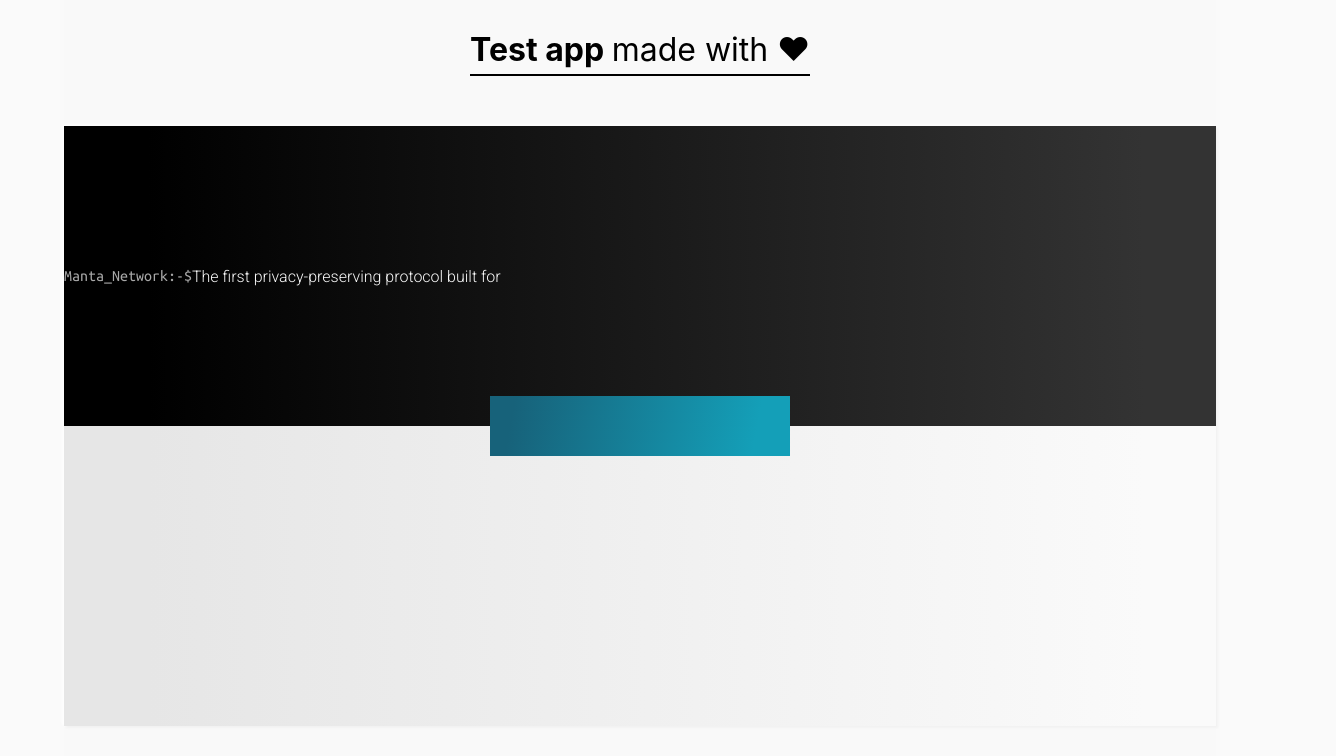
Repository: Khattak01/test-app
Page: /
The author's editor kept a copy of each file at every save. The page is drawn from the files as they stood at one save, then again after the next save.
The browser window is 1280 px wide. The page is 1280 px wide, then 1336 px, so the pictures cover 1336 px, including what lies to the right of the window. The pictures show the whole page.
The project was rebuilt for these pictures with package versions that can differ from the ones it lists, and the page was loaded fresh each time.

Above is the page before, as saved 2021-05-12 08:17:29.

After the next save:
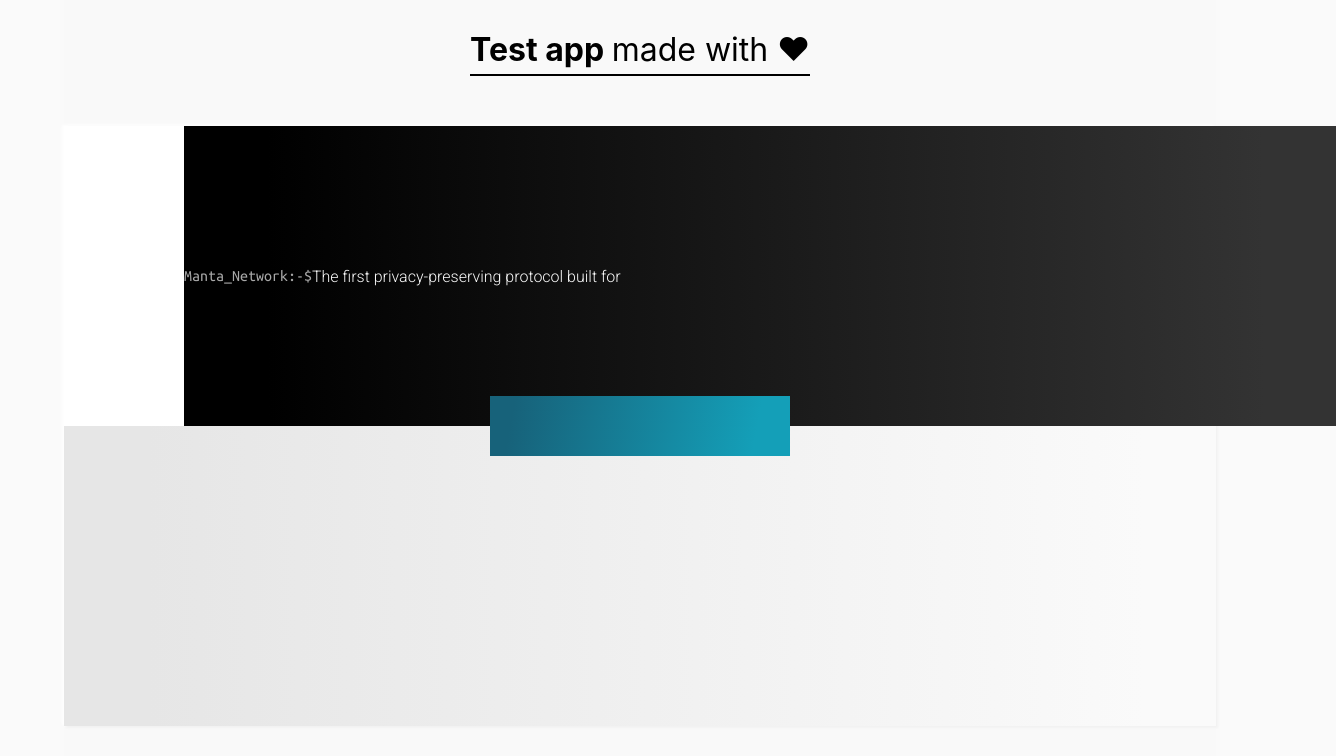
Saved 22 s later.
--- a/src/components/banner/Banner.module.css
+++ b/src/components/banner/Banner.module.css
@@ -18,6 +18,7 @@
 
   display: flex;
   align-items: center;
+  margin-left: 120px;
 
 }
 .banner__center{
